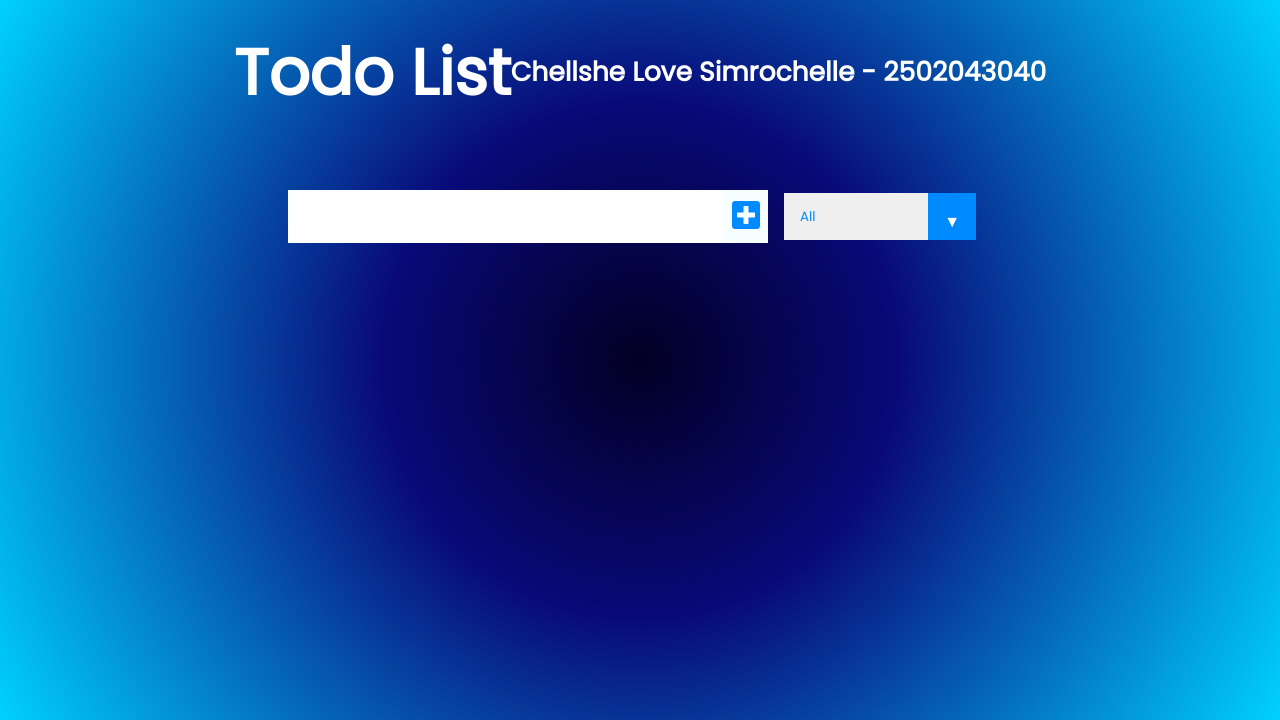
Repository: chellshelove/WADS_Assignment_TodoApp
Page: /
An editor plug-in stored every save of this project. The page is shown before and after the next save, followed by the edit.
The browser window is 1280 px wide. The pictures show the whole page.
Some web libraries are served in a nearby version. The project was rebuilt for these pictures with package versions that can differ from the ones it lists, and the page was loaded fresh each time. Also part of the build but not shown: src/components/Todo.js.

Above is the page before, as saved 2023-03-09 23:44:54.

### src/App.js
import React, {useState, useEffect} from 'react';
import './App.css';
//importing components
import Form from './components/Form';
import TodoList from './components/TodoList';

function App() {
  const [inputText, setInputText] = useState("");
  const [todos, setTodos] = useState([]);
  const [status, setStatus] = useState("all");
  const [filteredTodos, setFilteredTodos] = useState([]);


  useEffect(() => {
    filterHandler();
    saveLocalTodos();
  }, [todos, status]);

  const filterHandler = () => {
    switch(status){
      case 'completed' :
        setFilteredTodos(todos.filter(todo => todo.completed === true));
        break;
        case 'uncompleted' :
          setFilteredTodos(todos.filter(todo => todo.completed === false));
          break;
          default:
            setFilteredTodos(todos);
            break;
    }
  };

  const saveLocalTodos = () => {
      localStorage.setItem("todos", JSON.stringify("todos"));
  };

  return (
    <div className="todo-app">
      <header>
        <h1>Todo List</h1>
        <h5>Chellshe Love Simrochelle - 2502043040</h5>
      </header>
      <Form
      inputText={inputText}
      todos={todos}
      setTodos={setTodos}
      setInputText={setInputText}
      setStatus={setStatus}/>
      <TodoList  filteredTodos={filteredTodos} setTodos={setTodos} todos={todos}/>
    </div>
  );
}

export default App;

### src/App.css
* {
  margin: 0;
  padding: 0;
  box-sizing: border-box;
}
body {
  background-image: radial-gradient(circle, rgba(2,0,36,1) 0%, rgba(9,9,121,1) 35%, rgba(0,209,255,1) 100%);
  color: white;
  font-family: "Poppins", sans-serif;
  min-height: 100vh;
}
header {
  font-size: 2rem;
}

header,
form {
  min-height: 20vh;
  display: flex;
  justify-content: center;
  align-items: center;
}
form input,
form button {
  padding: 0.5rem;
  font-size: 2rem;
  border: none;
  background: white;
}
form button {
  color: #008aff;
  background: #f7fffe;
  cursor: pointer;
  transition: all 0.3s ease;
}
form button:hover {
  background: #00ddff;
  color: white;
}
.todo-container {
  display: flex;
  justify-content: center;
  align-items: center;
}

.todo-list {
  min-width: 30%;
  list-style: none;
}

.todo {
  margin: 0.5rem;
  background: white;
  font-size: 1.5rem;
  color: black;
  display: flex;
  justify-content: space-between;
  align-items: center;
  transition: all 1s ease;
}
.filter-todo {
  padding: 1rem;
}
.todo li {
  flex: 1;
}

.trash-btn,
.complete-btn {
  background: #008aff;
  color: black;
  border: none;
  padding: 1rem;
  cursor: pointer;
  font-size: 1rem;
}
.complete-btn {
  background: rgb(11, 212, 162);
}
.todo-item {
  padding: 0rem 0.5rem;
}

.fa-trash,
.fa-check {
  pointer-events: none;
}

.fall {
  transform: translateY(10rem) rotateZ(20deg);
  opacity: 0;
}

.completed {
  text-decoration: line-through;
  opacity: 0.5;
}

/*CUSTOM SELECTOR */
select {
  -webkit-appearance: none;
  -moz-appearance: none;
  -ms-appearance: none;
  appearance: none;
  outline: 0;
  box-shadow: none;
  border: 0 !important;
  background-image: none;
}

/* Custom Select */
.select {
  margin: 1rem;
  position: relative;
  overflow: hidden;
}
select {
  color: #008aff;
  font-family: "Poppins", sans-serif;
  cursor: pointer;
  width: 12rem;
}
/* Arrow */
.select::after {
  content: "\25BC";
  position: absolute;
  top: 0;
  right: 0;
  padding: 1rem;
  background: #008aff;
  cursor: pointer;
  pointer-events: none;
}
/* Transition */
/*
.select:hover::after {
  transform: scale(1.5);
}
*/

### src/components/Form.js
import React from 'react'

const Form = ({setInputText, todos, setTodos, inputText, setStatus}) => {
    const inputTextHandler = (e) => {
        setInputText(e.target.value);
    };
    const submitTodoHandler = (e) => {
        e.preventDefault();
        setTodos ([
            ...todos,
            {text: inputText, completed: false, id: Math.random() * 10000},
        ]);
        setInputText("");
    };
    const statusHandler = (e) => {
      setStatus(e.target.value);
    }
    return(
        <form>
      <input
      value = {inputText}
      onChange={inputTextHandler} type="text" className="todo-input" />
      <button onClick={submitTodoHandler} className="todo-button" type="submit">
        <i className="fas fa-plus-square"></i>
      </button>
      <div className="select">
        <select onChange={statusHandler} name="todos" className="filter-todo">
          <option value="all">All</option>
          <option value="completed">Completed</option>
          <option value="uncompleted">Uncompleted</option>
        </select>
      </div>
    </form>
    );
}

export default Form;

### src/components/TodoList.js
import React from 'react';
import Todo from './Todo';

const TodoList = ({ todos, setTodos, filteredTodos}) => {
    return(
        <div className="todo-container">
             <ul className="todo-list">
                 {filteredTodos.map((todo) => (
                 <Todo
                 setTodos={setTodos}
                 todos={todos}
                 key={todo.id}
                 todo={todo}
                 text={todo.text}/>
                 ))}
            </ul>
        </div>
    );
};

export default TodoList;

Loaded but not shown: public/index.html (common file); src/index.js (common file)

After the next save:
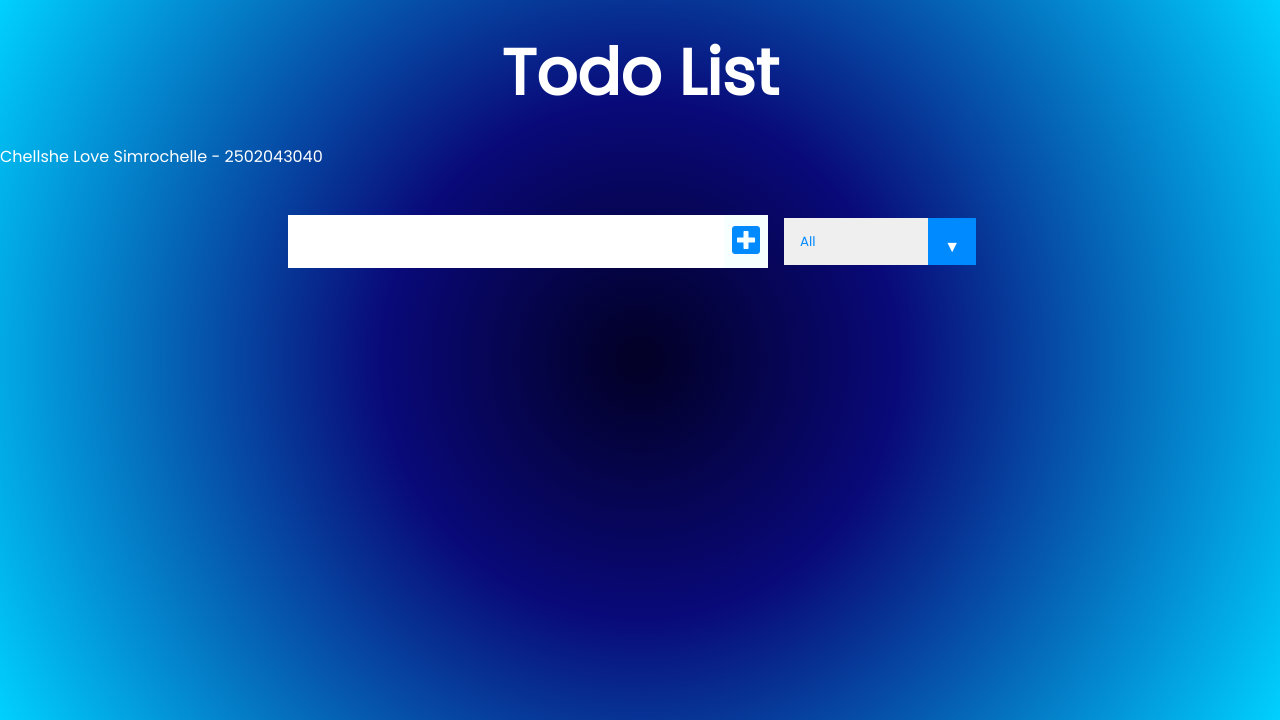
Saved 38 s later.
--- a/src/App.js
+++ b/src/App.js
@@ -38,8 +38,8 @@ function App() {
     <div className="todo-app">
       <header>
         <h1>Todo List</h1>
-        <h5>Chellshe Love Simrochelle - 2502043040</h5>
       </header>
+      <p>Chellshe Love Simrochelle - 2502043040</p>
       <Form
       inputText={inputText}
       todos={todos}
